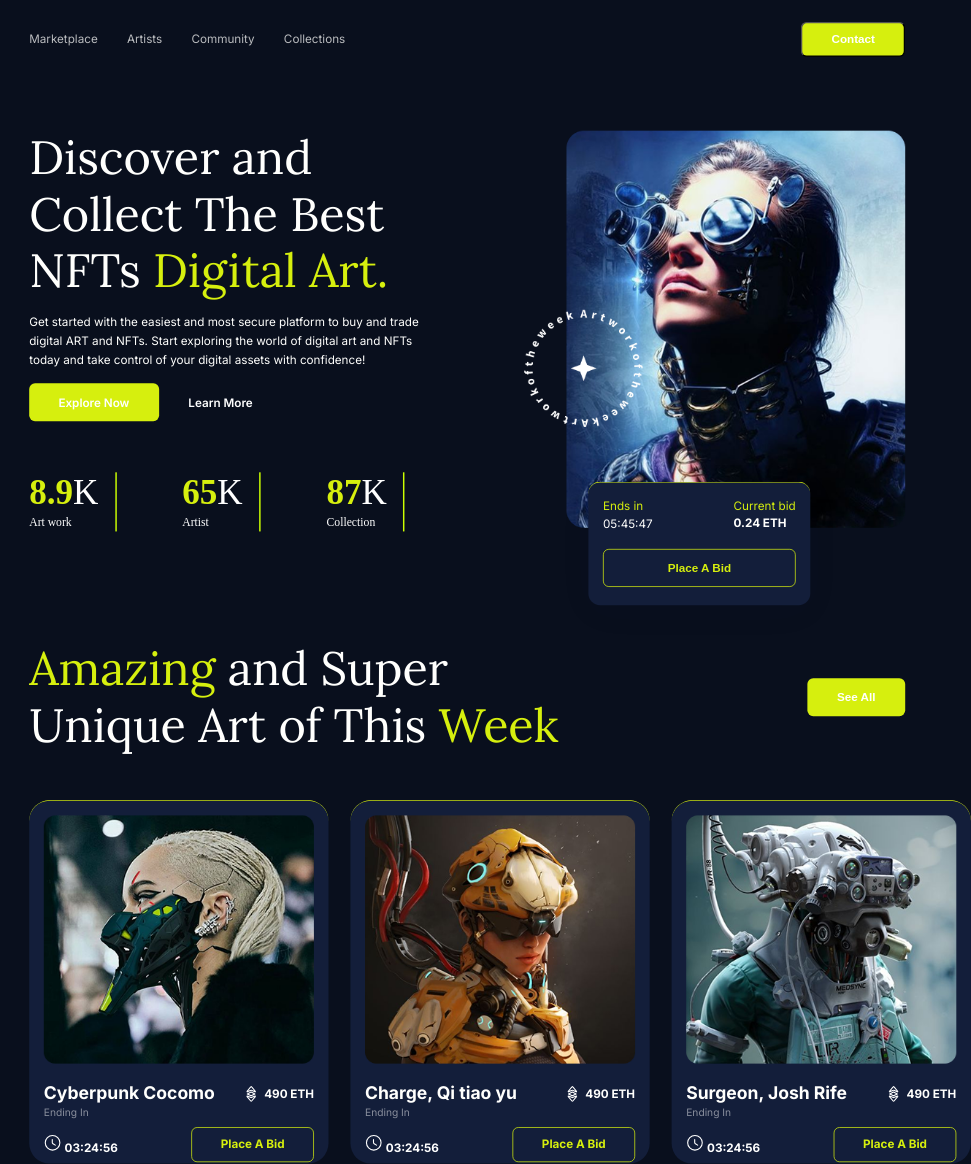
Repository: Kamron5505/NftMarketplace
Page: index.html
The author's editor kept a copy of each file at every save. The page is drawn from the files as they stood at one save, then again after the next save.
The browser window is 1280 px wide. The page is 1330 px wide, so the pictures cover 1330 px, including what lies to the right of the window. The pictures show the whole page, at 73% of full size.

Above is the page before, as saved 2025-07-09 15:13:46.

### index.html
<!DOCTYPE html>
<html lang="en">

<head>
    <meta charset="UTF-8">
    <meta name="viewport" content="width=device-width, initial-scale=1.0">
    <title>NFTMarketplace Landing</title>
    <link rel="stylesheet" href="./style.css">
    <link
        href="https://fonts.googleapis.com/css2?family=Inter:wght@400;600;700&family=Source+Sans+Pro:wght@400;600;700&family=Lora:wght@400;700&display=swap"
        rel="stylesheet">

</head>

<body>
    <header class="header">
        <div class="container">
            <nav class="nav">
                <ul class="nav-list">
                    <li class="nav-item"><a href="#" class="nav-link">Marketplace</a></li>
                    <li class="nav-item"><a href="#" class="nav-link">Artists</a></li>
                    <li class="nav-item"><a href="#" class="nav-link">Community</a></li>
                    <li class="nav-item"><a href="#" class="nav-link">Collections</a></li>
                </ul>
                <button class="header-contact-btn">Contact</button>
            </nav>
        </div>
    </header>
    <main class="main">
        <section class="nft-section">
            <div class="container">
                <div class="nft-wrapper">
                    <div class="content-left">
                        <h1 class="title">
                            Discover and <br>
                            Collect The Best <br>
                            NFTs <span class="highlight"> Digital Art.</span>
                        </h1>
                        <p class="description">
                            Get started with the easiest and most secure platform to buy and trade digital ART and NFTs.
                            Start exploring the world of digital art and NFTs today and take control of your digital
                            assets with confidence!
                        </p>
                        <div class="buttons">
                            <a href="#" class="btn btn-primary">Explore Now</a>
                            <a href="#" class="btn btn-secondary">Learn More</a>
                        </div>
                        <div class="stats">
                            <div class="stat">
                                <div class="number">8.9<span class="note">K</span></div>
                                <div class="label">Art work</div>
                            </div>
                            <div class="stat">
                                <div class="number">65<span class="note">K</span></div>
                                <div class="label">Artist</div>
                            </div>
                            <div class="stat">
                                <div class="number">87<span class="note">K</span></div>
                                <div class="label">Collection</div>
                            </div>
                        </div>
                    </div>
                    <div class="content-right">
                        <div class="header-image">
                            <img src="./images/main-header-img.png" alt="NFT Image" class="hero-image">
                            <img src="./images/circle.png" alt="" class="circle-image">
                        </div>
                        <div class="nft-card">
                            <div class="nft-card__info">
                                <div class="nft-card__timer">
                                    <span class="value ">Ends in</span>
                                    <span class="nft-note">05:45:47</span>
                                </div>
                                <div class="nft-card__bid">
                                    <span class="value ">Current bid</span>
                                    <span class="nft-card__note">0.24 ETH</span>
                                </div>
                                <button href="#" class="nft-card__btn nft-card__btn--bid">Place A Bid</button>
                            </div>
                        </div>
                    </div>
                </div>
            </div>
        </section>
        <section class="art-section">
            <div class="container">
                <div class="art-section__header">
                    <h2 class="art-section__title">
                        <span class="text-highlight">Amazing</span>
                        and Super <br>
                        Unique Art of This
                        <span class="text-highlight">Week</span>
                    </h2>
                    <button href="#" class="art-section__btn-view-all">See All</button>
                </div>
                <div class="art-section__cards">
                    <div class="art-card">
                        <img src="./images/Cyberpunk Cocomo 490ETH.png" alt="Cyberpunk Cocomo"
                            class="art-card__image" />
                        <div class="art-card-name">
                            <h3 class="art-card__title">Cyberpunk Cocomo</h3>
                            <div class="art-card-price-wrapper">
                                <svg width="24" height="25" viewBox="0 0 24 25" fill="none"
                                    xmlns="http://www.w3.org/2000/svg">
                                    <path
                                        d="M6.90001 9.6L11.7 7.5C11.9 7.4 12.1 7.4 12.4 7.5L17.2 9.6C17.6 9.8 18 9.3 17.7 8.9L12.7 2.8C12.4 2.4 11.8 2.4 11.5 2.8L6.50001 8.9C6.10001 9.3 6.50001 9.8 6.90001 9.6Z"
                                        stroke="white" stroke-width="1.5" stroke-miterlimit="10" stroke-linecap="round"
                                        stroke-linejoin="round" />
                                    <path
                                        d="M6.90001 15.4L11.7 17.5C11.9 17.6 12.1 17.6 12.4 17.5L17.2 15.4C17.6 15.2 18 15.7 17.7 16.1L12.7 22.2C12.4 22.6 11.8 22.6 11.5 22.2L6.50001 16.1C6.10001 15.7 6.50001 15.2 6.90001 15.4Z"
                                        stroke="white" stroke-width="1.5" stroke-miterlimit="10" stroke-linecap="round"
                                        stroke-linejoin="round" />
                                    <path d="M12 9.90002L6.79999 12.5L12 15.1L17.2 12.5L12 9.90002Z" stroke="white"
                                        stroke-width="1.5" stroke-miterlimit="10" stroke-linecap="round"
                                        stroke-linejoin="round" />
                                </svg>
                                <p class="art-card__price">490 ETH</p>
                            </div>
                        </div>
                        <div class="art-card__info">
                            <div class="art-card__time">
                                <p class="art-card__time__ending">Ending In</p>
                                <div class="art-card__time-row">
                                    <div>
                                        <i class="icon-clock">
                                            <svg width="24" height="25" viewBox="0 0 24 25" fill="none"
                                                xmlns="http://www.w3.org/2000/svg">
                                                <path
                                                    d="M22 12.5C22 18.02 17.52 22.5 12 22.5C6.48 22.5 2 18.02 2 12.5C2 6.98 6.48 2.5 12 2.5C17.52 2.5 22 6.98 22 12.5Z"
                                                    stroke="white" stroke-width="1.5" stroke-linecap="round"
                                                    stroke-linejoin="round" />
                                                <path
                                                    d="M15.71 15.68L12.61 13.83C12.07 13.51 11.63 12.74 11.63 12.11V8.01001"
                                                    stroke="white" stroke-width="1.5" stroke-linecap="round"
                                                    stroke-linejoin="round" />
                                            </svg>
                                        </i>
                                        <span class="art-card__time-text">03:24:56</span>
                                    </div>
                                    <button class="art-card__btn-bid">Place A Bid</button>
                                </div>
                            </div>
                        </div>
                    </div>
                    <div class="art-card">
                        <img src="./images/Charge, Qi tiao yu.png" alt="Cyberpunk Cocomo" class="art-card__image" />
                        <div class="art-card-name">
                            <h3 class="art-card__title">Charge, Qi tiao yu</h3>
                            <div class="art-card-price-wrapper">
                                <svg width="24" height="25" viewBox="0 0 24 25" fill="none"
                                    xmlns="http://www.w3.org/2000/svg">
                                    <path
                                        d="M6.90001 9.6L11.7 7.5C11.9 7.4 12.1 7.4 12.4 7.5L17.2 9.6C17.6 9.8 18 9.3 17.7 8.9L12.7 2.8C12.4 2.4 11.8 2.4 11.5 2.8L6.50001 8.9C6.10001 9.3 6.50001 9.8 6.90001 9.6Z"
                                        stroke="white" stroke-width="1.5" stroke-miterlimit="10" stroke-linecap="round"
                                        stroke-linejoin="round" />
                                    <path
                                        d="M6.90001 15.4L11.7 17.5C11.9 17.6 12.1 17.6 12.4 17.5L17.2 15.4C17.6 15.2 18 15.7 17.7 16.1L12.7 22.2C12.4 22.6 11.8 22.6 11.5 22.2L6.50001 16.1C6.10001 15.7 6.50001 15.2 6.90001 15.4Z"
                                        stroke="white" stroke-width="1.5" stroke-miterlimit="10" stroke-linecap="round"
                                        stroke-linejoin="round" />
                                    <path d="M12 9.90002L6.79999 12.5L12 15.1L17.2 12.5L12 9.90002Z" stroke="white"
                                        stroke-width="1.5" stroke-miterlimit="10" stroke-linecap="round"
                                        stroke-linejoin="round" />
                                </svg>
                                <p class="art-card__price">490 ETH</p>
                            </div>
                        </div>
                        <div class="art-card__info">
                            <div class="art-card__time">
                                <p class="art-card__time__ending">Ending In</p>
                                <div class="art-card__time-row">
                                    <div>
                                        <i class="icon-clock">
                                            <svg width="24" height="25" viewBox="0 0 24 25" fill="none"
                                                xmlns="http://www.w3.org/2000/svg">
                                                <path
                                                    d="M22 12.5C22 18.02 17.52 22.5 12 22.5C6.48 22.5 2 18.02 2 12.5C2 6.98 6.48 2.5 12 2.5C17.52 2.5 22 6.98 22 12.5Z"
                                                    stroke="white" stroke-width="1.5" stroke-linecap="round"
                                                    stroke-linejoin="round" />
                                                <path
                                                    d="M15.71 15.68L12.61 13.83C12.07 13.51 11.63 12.74 11.63 12.11V8.01001"
                                                    stroke="white" stroke-width="1.5" stroke-linecap="round"
                                                    stroke-linejoin="round" />
                                            </svg>
                                        </i>
                                        <span class="art-card__time-text">03:24:56</span>
                                    </div>
                                    <button class="art-card__btn-bid">Place A Bid</button>
                                </div>
                            </div>
                        </div>
                    </div>
                    <div class="art-card">
                        <img src="./images/Surgeon, Josh Rife.png" alt="Cyberpunk Cocomo" class="art-card__image" />
                        <div class="art-card-name">
                            <h3 class="art-card__title">Surgeon, Josh Rife</h3>
                            <div class="art-card-price-wrapper">
                                <svg width="24" height="25" viewBox="0 0 24 25" fill="none"
                                    xmlns="http://www.w3.org/2000/svg">
                                    <path
                                        d="M6.90001 9.6L11.7 7.5C11.9 7.4 12.1 7.4 12.4 7.5L17.2 9.6C17.6 9.8 18 9.3 17.7 8.9L12.7 2.8C12.4 2.4 11.8 2.4 11.5 2.8L6.50001 8.9C6.10001 9.3 6.50001 9.8 6.90001 9.6Z"
                                        stroke="white" stroke-width="1.5" stroke-miterlimit="10" stroke-linecap="round"
                                        stroke-linejoin="round" />
                                    <path
                                        d="M6.90001 15.4L11.7 17.5C11.9 17.6 12.1 17.6 12.4 17.5L17.2 15.4C17.6 15.2 18 15.7 17.7 16.1L12.7 22.2C12.4 22.6 11.8 22.6 11.5 22.2L6.50001 16.1C6.10001 15.7 6.50001 15.2 6.90001 15.4Z"
                                        stroke="white" stroke-width="1.5" stroke-miterlimit="10" stroke-linecap="round"
                                        stroke-linejoin="round" />
                                    <path d="M12 9.90002L6.79999 12.5L12 15.1L17.2 12.5L12 9.90002Z" stroke="white"
                                        stroke-width="1.5" stroke-miterlimit="10" stroke-linecap="round"
                                        stroke-linejoin="round" />
                                </svg>
                                <p class="art-card__price">490 ETH</p>
                            </div>
                        </div>
                        <div class="art-card__info">
                            <div class="art-card__time">
                                <p class="art-card__time__ending">Ending In</p>
                                <div class="art-card__time-row">
                                    <div>
                                        <i class="icon-clock">
                                            <svg width="24" height="25" viewBox="0 0 24 25" fill="none"
                                                xmlns="http://www.w3.org/2000/svg">
                                                <path
                                                    d="M22 12.5C22 18.02 17.52 22.5 12 22.5C6.48 22.5 2 18.02 2 12.5C2 6.98 6.48 2.5 12 2.5C17.52 2.5 22 6.98 22 12.5Z"
                                                    stroke="white" stroke-width="1.5" stroke-linecap="round"
                                                    stroke-linejoin="round" />
                                                <path
                                                    d="M15.71 15.68L12.61 13.83C12.07 13.51 11.63 12.74 11.63 12.11V8.01001"
                                                    stroke="white" stroke-width="1.5" stroke-linecap="round"
                                                    stroke-linejoin="round" />
                                            </svg>
                                        </i>
                                        <span class="art-card__time-text">03:24:56</span>
                                    </div>
                                    <button class="art-card__btn-bid">Place A Bid</button>
                                </div>
                            </div>
                        </div>
                    </div>
                </div>
            </div>
        </section>
        <section class="selling">
            <h1></h1>

        </section>
    </main>
</body>

</html>

### style.css
* {
    margin: 0;
    padding: 0;
    text-decoration: none;
    list-style: none;
    box-sizing: border-box;
}


body {
    background: #090f1d;
    color: #fffffd;
}

:root {
    --font-family: "Inter", sans-serif;
    --second-family: "Source Sans Pro", sans-serif;
    --third-family: "Lora", serif;
}

h1,
h2,
h3,
h4,
h5,
h6 {
    font-family: "Lora", serif;
    font-weight: 500;
    font-size: 64px;
    line-height: 120%;
    color: #fffffd;
}

.highlight {
    color: #d6ef0e;
}

.header {
    margin-top: 30px;
    font-family: "Inter", sans-serif;
}

.container {
    width: 1200px;
    margin: 0 auto;
}

.nav {
    display: flex;
    align-items: center;
    justify-content: space-between;
}

.nav-list {
    display: flex;
    gap: 40px;
}

.nav-link {
    font-weight: 400;
    font-size: 16px;
    line-height: 160%;
    color: rgba(255, 255, 253, 0.72);
}

.nav-link:hover {
    border-bottom: 1px solid #d6ef0e;
    width: 94px;
    height: 26px;
    transition: all 0.3s ease;
}

.header-contact-btn {
    background: #d6ef0e;
    border-radius: 8px;
    padding: 12px 40px;
    width: 143px;
    height: 48px;
    font-weight: 700;
    font-size: 16px;
    line-height: 120%;
    color: #fff;
}

.nft-section {
    margin-top: 100px;
}

.nft-wrapper {
    display: flex;
    align-items: center;
    justify-content: space-between;
}

.description {
    font-family: "Inter", sans-serif;
    font-weight: 400;
    font-size: 16px;
    width: 544px;
    line-height: 160%;
    color: #fffffd;
    margin-top: 20px;
}

.buttons {
    display: flex;
    gap: 40px;
    align-items: center;
    margin-top: 20px;
}

.btn {
    font-family: "Inter", sans-serif;
    font-weight: 600;
    font-size: 16px;
    color: #fff;
}

.btn-primary {
    display: flex;
    align-items: center;
    line-height: 120%;
    border-radius: 8px;
    padding: 12px 40px;
    width: 178px;
    height: 52px;
    background: #d6ef0e;
}

.stats {
    display: flex;
    gap: 90px;
    margin-top: 70px;
    color: white;
}

.stat {
    display: flex;
    flex-direction: column;
    position: relative;
    padding-right: 25px;
}

.stat::after {
    content: "";
    position: absolute;
    top: 0;
    bottom: 0;
    right: 0;
    width: 2px;
    background-color: #ccff00;
}

.stat:last-child {
    padding-right: 24px;
}

.number {
    font-family: ;
    font-size: 48px;
    font-weight: bold;
    color: #d6ef0e;
}

.note {
    font-weight: normal;
    color: white;
}

@keyframes spin {
    from {
        transform: rotate(0deg);
    }

    to {
        transform: rotate(360deg);
    }
}

.circle-image {
    position: absolute;
    right: 355px;
    top: 240px;
    animation: spin 20s linear infinite;
}

.label {
    font-weight: 400;
    font-size: 16px;
    line-height: 160%;
    color: white;
}

.header-image {
    position: relative;
}

.circle-image {
    position: absolute;
    right: 355px;
    top: 240px;
}

.nft-card {
    position: absolute;
    top: 660px;
    right: 170px;
    border-top: 1px solid #d6ef0e;
    border-radius: 16px;
    padding: 20px;
    width: 304px;
    height: 169px;
    box-shadow: 0 9px 50px 0 rgba(23, 36, 65, 0.04);
    background: #131e3a;
}

.nft-card__info {
    display: flex;
    flex-wrap: wrap;
    justify-content: space-between;
    font-family: "Inter", sans-serif;

}

.nft-card__timer,
.nft-card__bid {
    display: flex;
    flex-direction: column;
}

.value {
    font-weight: 400;
    font-size: 16px;
    line-height: 160%;
    color: #d6ef0e;
}

.nft-card__note {
    font-weight: 700;
    font-size: 16px;
    line-height: 120%;
    color: #fffffd;
}

.nft-card__btn {
    border: 1px solid #d6ef0e;
    border-radius: 8px;
    padding: 12px 40px;
    width: 264px;
    background: transparent;
    height: 52px;
    margin-top: 25px;
    font-weight: 700;
    font-size: 16px;
    line-height: 120%;
    color: #d6ef0e;
}

.art-section {
    margin-top: 150px;
    font-family: "Inter", sans-serif;

}

.art-section__header {
    display: flex;
    justify-content: space-between;
    align-items: center;
}


.text-highlight {
    color: #d6ef0e;

}

.art-section__btn-view-all {
    font-weight: 700;
    font-size: 16px;
    line-height: 120%;
    color: #fff;
    border-radius: 8px;
    padding: 12px 40px;
    width: 134px;
    height: 52px;
    background: #d6ef0e;
    border: none;
}

.art-section__cards {
    margin-top: 65px;
    display: flex;
    align-items: center;
    gap: 30px;
}

.art-card-price-wrapper {
    display: flex;
    align-items: center;
    gap: 6px;
}

.art-card {
    border-top: 1px solid #d6ef0e;
    border-radius: 28px;
    padding: 20px;
    width: 410px;
    height: 498px;
    background: #131e3a;
}

.art-card__time__ending {
    font-weight: 400;
    font-size: 14px;
    line-height: 160%;
    color: #838382;
}

.art-card__time-value {
    display: flex;
    align-items: center;
    gap: 6px;
    /* или 0, если без отступа */
}

.art-card__time-value span {
    font-family: "Inter", sans-serif;
    font-size: 16px;
    font-weight: 600;
    color: #fffffd;
}

.art-card__time-row {
    display: flex;
    align-items: center;
    margin-top: 8px;
    justify-content: space-between;
}

.art-card__time-row {
    display: flex;
    align-items: center;
    gap: 14px;
    margin-top: 8px;
}

.art-card__time__ending {
    font-size: 14px;
    color: rgba(255, 255, 255, 0.5);
    font-family: "Inter", sans-serif;
    margin-bottom: 4px;
}

.art-card__time-text {
    font-size: 16px;
    font-weight: 700;
    color: white;
    margin-bottom: 30px;
    font-family: "Inter", sans-serif;
}

.art-card__btn-bid {
    font-size: 16px;
    font-weight: 600;
    padding: 10px 24px;
    border: 1px solid #d6ef0e;
    text-align: center;
    display: flex;
    color: #d6ef0e;
    background: transparent;
    border-radius: 10px;
    font-family: "Inter", sans-serif;
    cursor: pointer;
    transition: all 0.3s ease;
}

.art-card__btn-bid {
    /* уже есть */
    display: flex;
    align-items: center;
    /* вертикальное выравнивание */
    justify-content: center;
    /* горизонтальное выравнивание */
    white-space: nowrap;
    /* запрещает перенос строки */
}


.art-card__btn-bid:hover {
    background-color: orange;
    color: black;
}


.art-card__btn-bid {
    font-family: "Inter", sans-serif;
    font-weight: 700;
    font-size: 16px;
    line-height: 120%;
    color: #fffffd;
    border-radius: 8px;
    padding: 12px 24px;
    background: #d6ef0e;
    border: none;
    cursor: pointer;
    transition: background 0.3s ease;
}

.art-card__btn-bid:hover {
    background: #c4dd00;
}


.art-card-name {
    display: flex;
    align-items: center;
    justify-content: space-between;
    padding-top: 23px;

}

.art-card__title {
    font-family: "Inter", sans-serif;
    font-weight: 700;
    font-size: 24px;
    line-height: 120%;
    color: #fffffd;
}

.art-card__info {}

.art-card__time {}


.art-card__price {
    font-family: "Inter", sans-serif;
    font-weight: 700;
    font-size: 16px;
    line-height: 120%;
    color: #fffffd;
}

.art-card__btn-bid {
    font-family: "Inter", sans-serif;
    border: 1px solid #d6ef0e;
    background: transparent;
    border-radius: 8px;
    padding: 12px 40px;
    width: 168px;
    height: 48px;
    font-weight: 700;
    font-size: 16px;
    line-height: 120%;
    color: #d6ef0e;
}

After the next save:
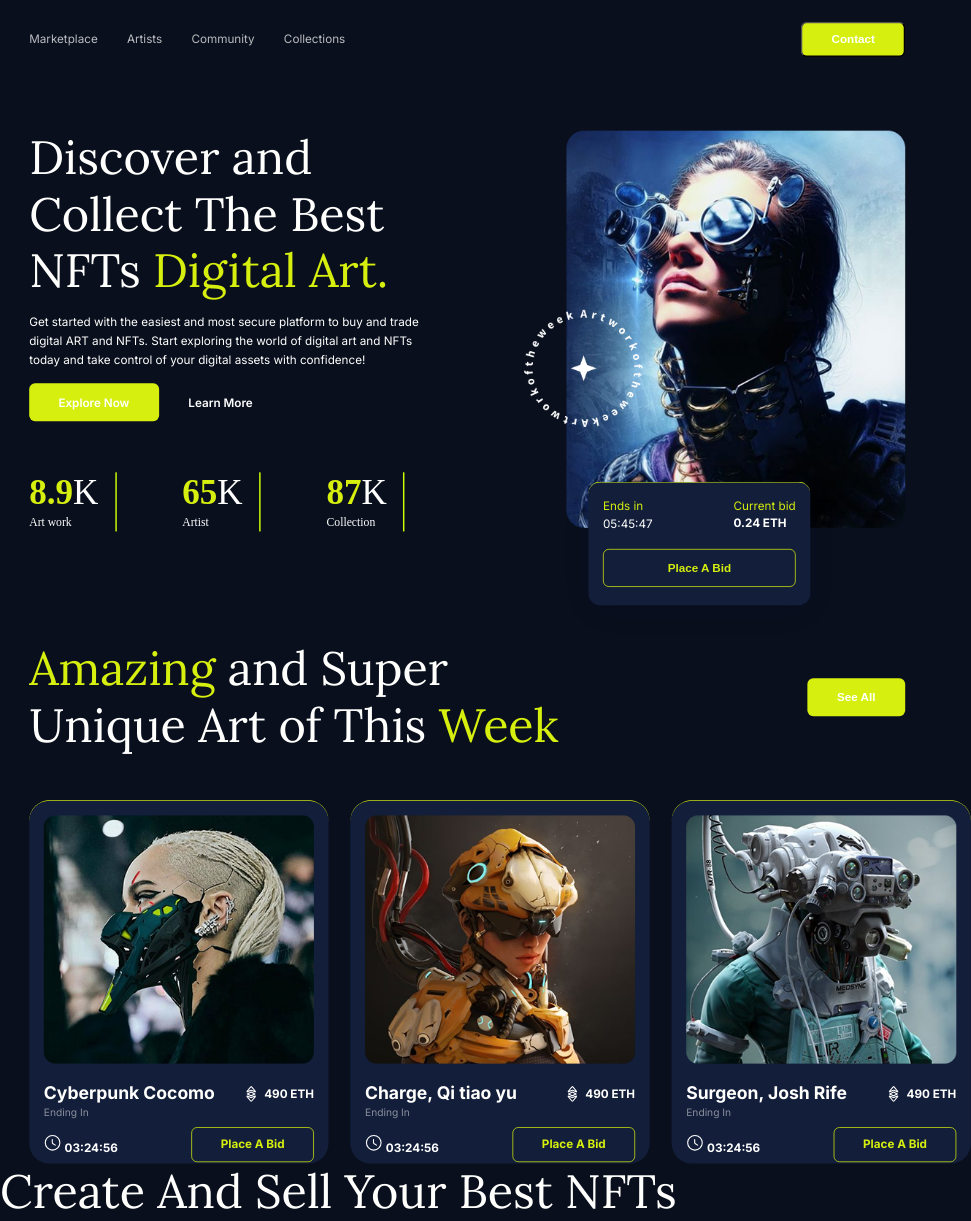
Saved 9 s later.
--- a/index.html
+++ b/index.html
@@ -240,7 +240,8 @@
             </div>
         </section>
         <section class="selling">
-            <h1></h1>
+            <h1>Create And Sell
+                Your Best NFTs</h1>
 
         </section>
     </main>
